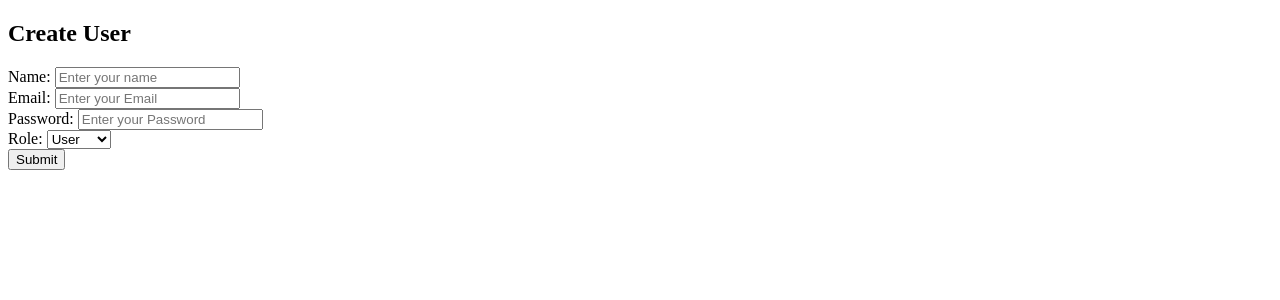
Repository: bharathabhi46/SkillSync-FrontEnd
Page: /
An editor plug-in stored every save of this project. The page is shown before and after the next save, followed by the edit.
The browser window is 1280 px wide. The pictures show the whole page.
The project was rebuilt for these pictures with package versions that can differ from the ones it lists, and the page was loaded fresh each time. Also part of the build but not shown: vite.config.js.

Above is the page before, as saved 2025-06-04 16:01:48.

After the next save:
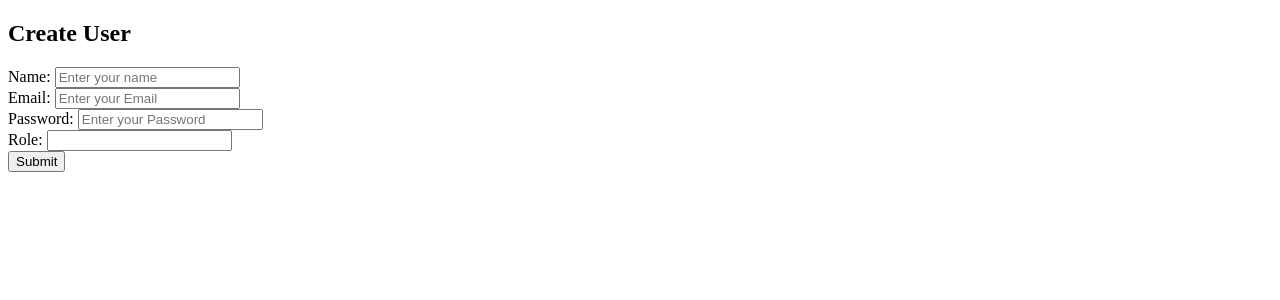
Saved 60 s later.
--- a/src/Components/CreateUser/CreateUser.jsx
+++ b/src/Components/CreateUser/CreateUser.jsx
@@ -1,7 +1,6 @@
 import React, { useState } from "react";
 
 const CreateUser = () => {
-  let [search, searchTerm] = useState("");
   let [users, setUsers] = useState([
     {
       userName: "",
@@ -19,6 +18,7 @@ const CreateUser = () => {
           type="text"
           name="name"
           id="name"
+          value={users.userName}
           placeholder="Enter your name"
         />
         <br />
@@ -27,6 +27,7 @@ const CreateUser = () => {
           type="email"
           name="email"
           id="email"
+          value={users.Email}
           placeholder="Enter your Email"
         />
         <br />
@@ -36,14 +37,12 @@ const CreateUser = () => {
           type="password"
           name="password"
           id="password"
+          value={users.Password}
           placeholder="Enter your Password"
         />
         <br />
         <label>Role: </label>
-        <select name="role" id="role">
-          <option value="User">User</option>
-          <option value="Mentor">Mentor</option>
-        </select>
+        <input type="text" name="role" id="role" />
         <br />
         <button type="submit">Submit</button>
       </form>
